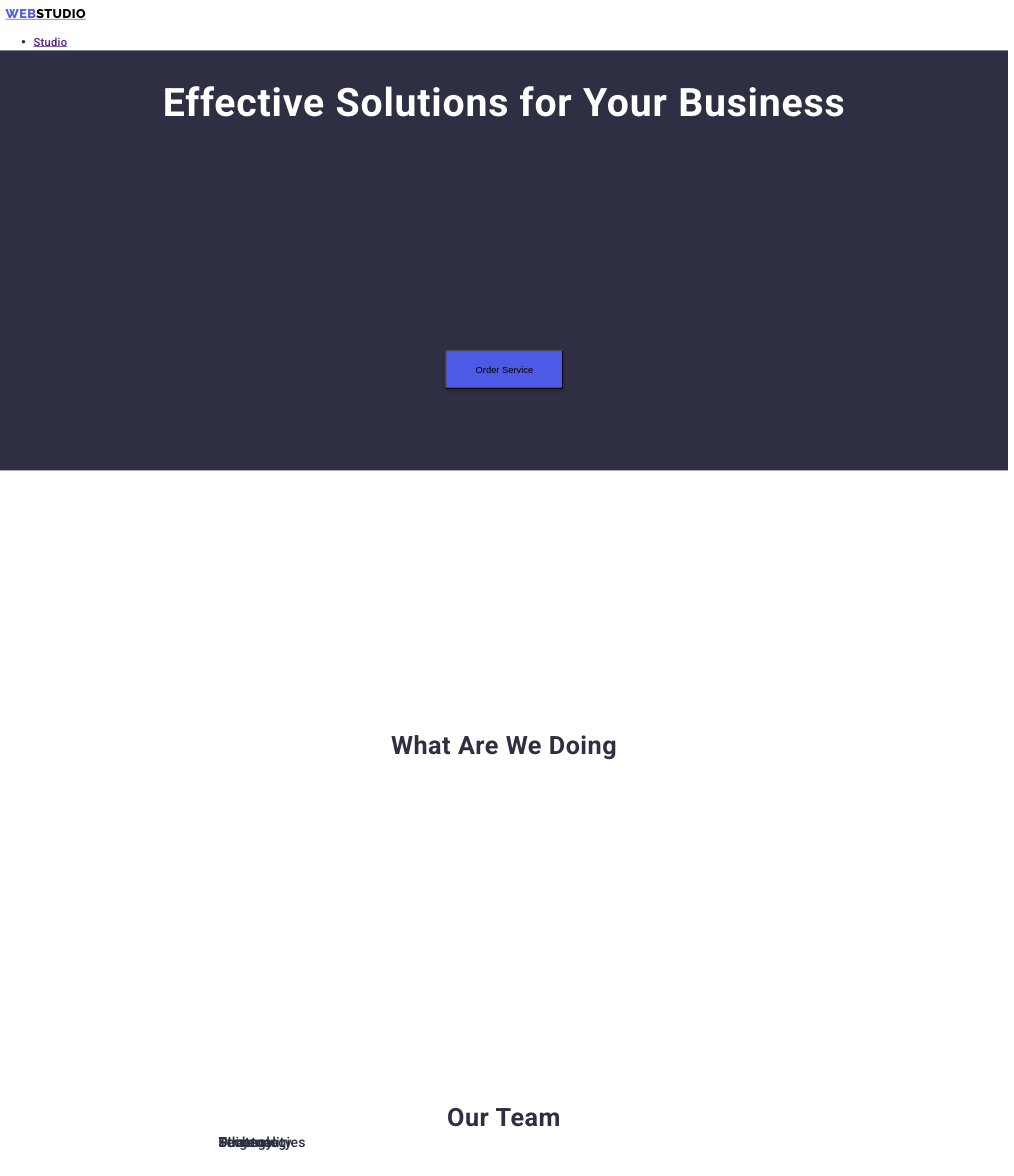
Repository: GrishchenkoNataliya/goit-markup-hw-02
Page: index.html
An editor plug-in stored every save of this project. The page is shown before and after the next save, followed by the edit.
The browser window is 1280 px wide. The page is 1440 px wide, then 1448 px, then 1440 px, so the pictures cover 1448 px, including what lies to the right of the window. The pictures show the part of the page from y = 0 to 1680 px (the page is 4788 px tall before and 4796 px after), at 70% of full size.

Above is the page before, as saved 2023-03-06 20:26:35.

After the next save:
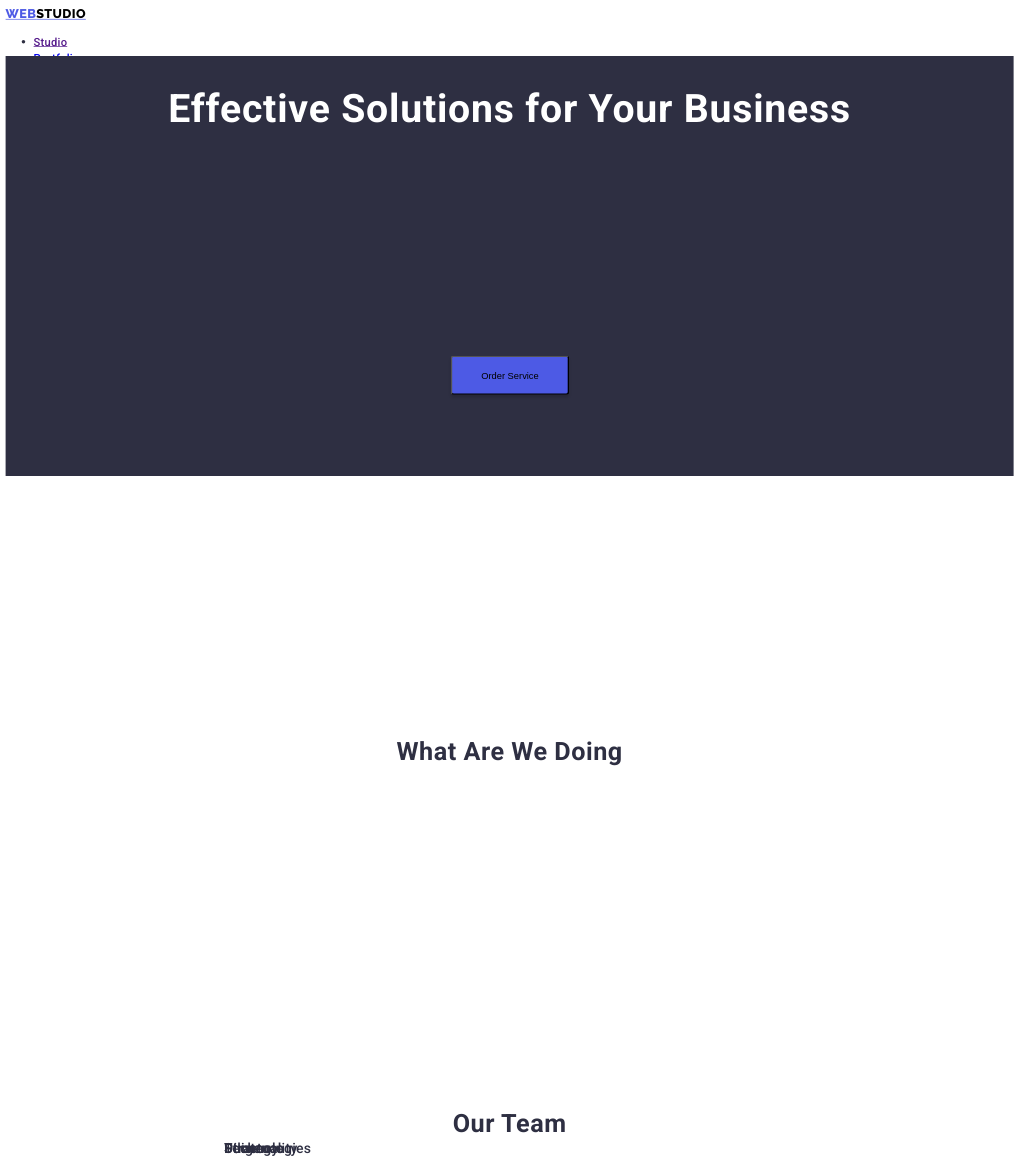
Saved 2 min 56 s later.
--- a/css/styles.css
+++ b/css/styles.css
@@ -1,6 +1,11 @@
 body {
   font-family: "Roboto Regular", sans-serif;
   font-family: open-;
+  position: absolute;
+  width: 1440px;
+  height: 72px;
+  left: 0px;
+  top: 0px;
 }
 /* @font-face {
   font-family: Roboto-500;

After the save that followed:
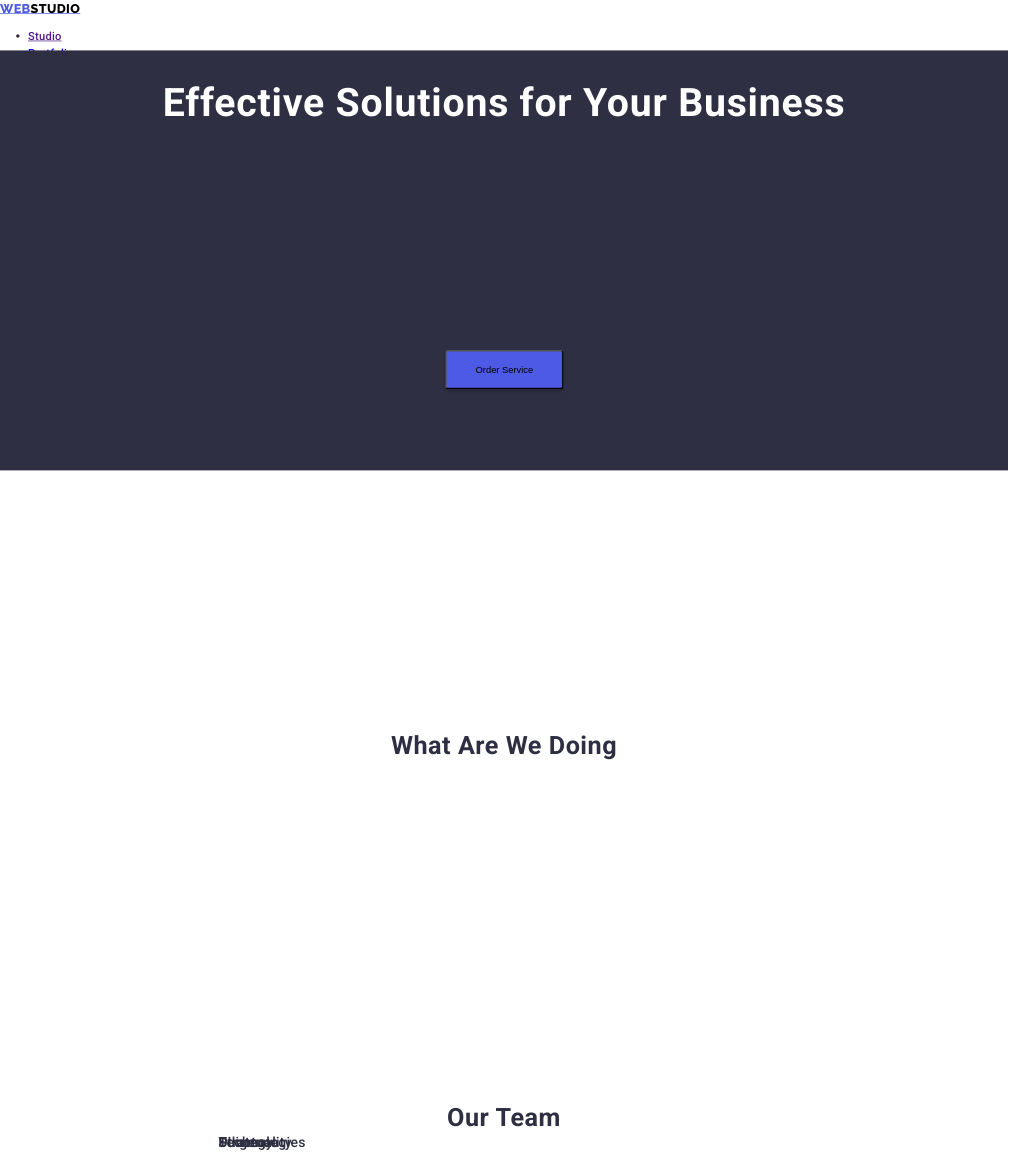
Saved 113 s later.
--- a/css/styles.css
+++ b/css/styles.css
@@ -1,11 +1,6 @@
 body {
   font-family: "Roboto Regular", sans-serif;
   font-family: open-;
-  position: absolute;
-  width: 1440px;
-  height: 72px;
-  left: 0px;
-  top: 0px;
 }
 /* @font-face {
   font-family: Roboto-500;
@@ -14,6 +9,11 @@
 Підключення шрифта з папки fonts */
 
 .header {
+  position: absolute;
+  width: 1440px;
+  height: 72px;
+  left: 0px;
+  top: 0px;
 }
 
 .header-logo {
